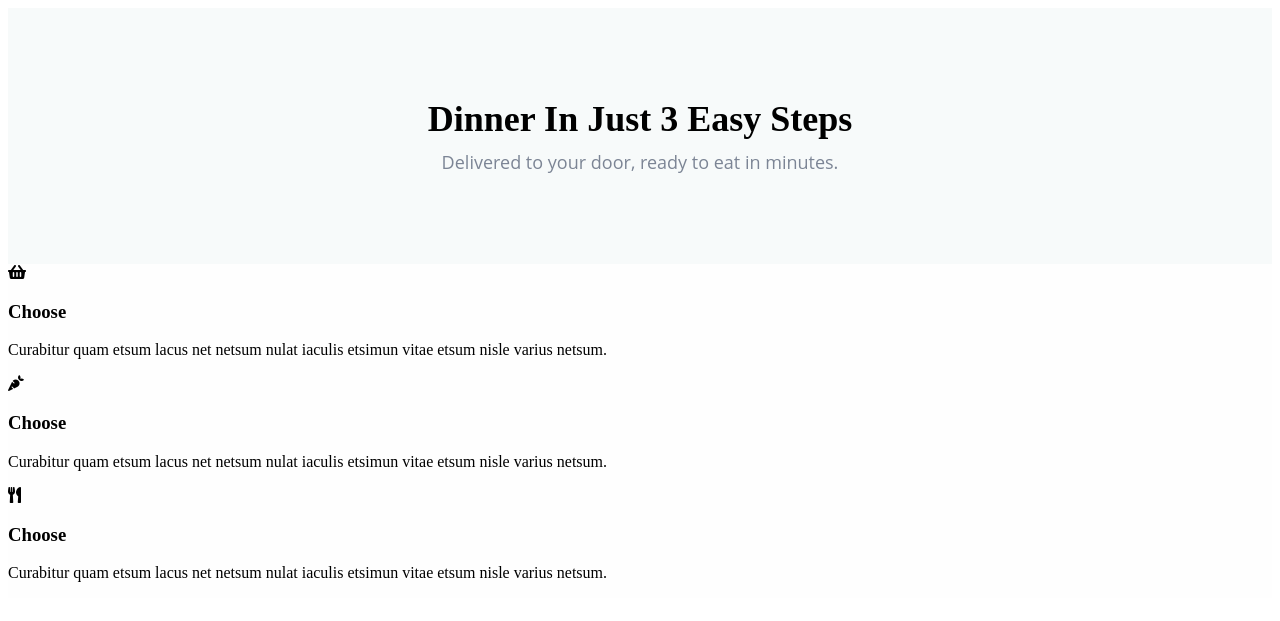
Repository: ST-United-Internship/leadpage
Page: wrapper-UI.html
These files come from the project's save history. The page is drawn as it stood at one moment and after the next save; the edit follows.
The browser window is 1280 px wide. The pictures show the whole page.

Above is the page before, as saved 2023-03-15 13:18:55.

### wrapper-UI.html
<!DOCTYPE html>
<html lang="en">
<head>
    <meta charset="UTF-8">
    <meta http-equiv="X-UA-Compatible" content="IE=edge">
    <meta name="viewport" content="width=device-width, initial-scale=1.0">
    <title>Document</title>
    <link rel="stylesheet" href="css/wrapper-UI.css">
    <link rel="stylesheet" href="css/common.css">
    <link rel="stylesheet" href="https://use.fontawesome.com/releases/v5.15.4/css/all.css" integrity="sha384-DyZ88mC6Up2uqS4h/KRgHuoeGwBcD4Ng9SiP4dIRy0EXTlnuz47vAwmeGwVChigm" crossorigin="anonymous"/>
</head>
<body>
    <section>
        <div class="about">
            <div class="title-text">
                <h2>Dinner In Just 3 Easy Steps</h2>
                <p>Delivered to your door, ready to eat in minutes.</p>
            </div>
            <div class="card-coutainer">
                <div class="card-title">
                    <div class="card-wrapper">
                        <i class="fas fa-shopping-basket"></i>
                        <h3>Choose</h3>
                        <p>Curabitur quam etsum lacus net netsum nulat iaculis etsimun vitae etsum nisle varius netsum.</p>
                    </div>
                    <div class="card-wrapper">
                        <i class="fas fa-carrot"></i>
                        <h3>Choose</h3>
                        <p>Curabitur quam etsum lacus net netsum nulat iaculis etsimun vitae etsum nisle varius netsum.</p>
                    </div>
                    <div class="card-wrapper">
                        <i class="fas fa-utensils"></i>
                        <h3>Choose</h3>
                        <p>Curabitur quam etsum lacus net netsum nulat iaculis etsimun vitae etsum nisle varius netsum.</p>
                    </div>
                </div>
                <div></div>
                <div></div>
            </div>
        </div>
    </section>
</body>
</html>

### css/wrapper-UI.css
.about{
    background-color: #f7fafa;
}

.about .title-text{
    text-align: center;
    padding: 90px;
}

.about .title-text h2{
    font-size: 36px;
    margin: 0px 0px 10px 0px;
}

.about .title-text p{
    font-size: 18px;
    font-family: 'Open Sans', sans-serif;
    margin: 0;
    font-weight: 400;
    color: #7c8595;
}

.about .card-coutainer{
    display: flex;
    background-color: #fefefe;
}

.about .card-coutainer .card-wrapper p{
    /* width: 218px; */
}

.about .icons-warapper .main{
    text-align: center;
}

.main{
    transition: transform 0.5s linear;
}
.main:hover {
  border: 1px solid #27b36a;
  transform: scale(1.05, 1.05);
}

### css/common.css
.container {
  max-width: 80%;
  margin: auto;
  border: 1px solid blue;
}
.card {
  width: 400px;
}
.space-vertical {
  padding: 20px 0;
}

.space-horizontal {
  padding: 0 20px;
}

*,
**,
*::before,
*::after {
  box-sizing: border-box;
}

After the next save:
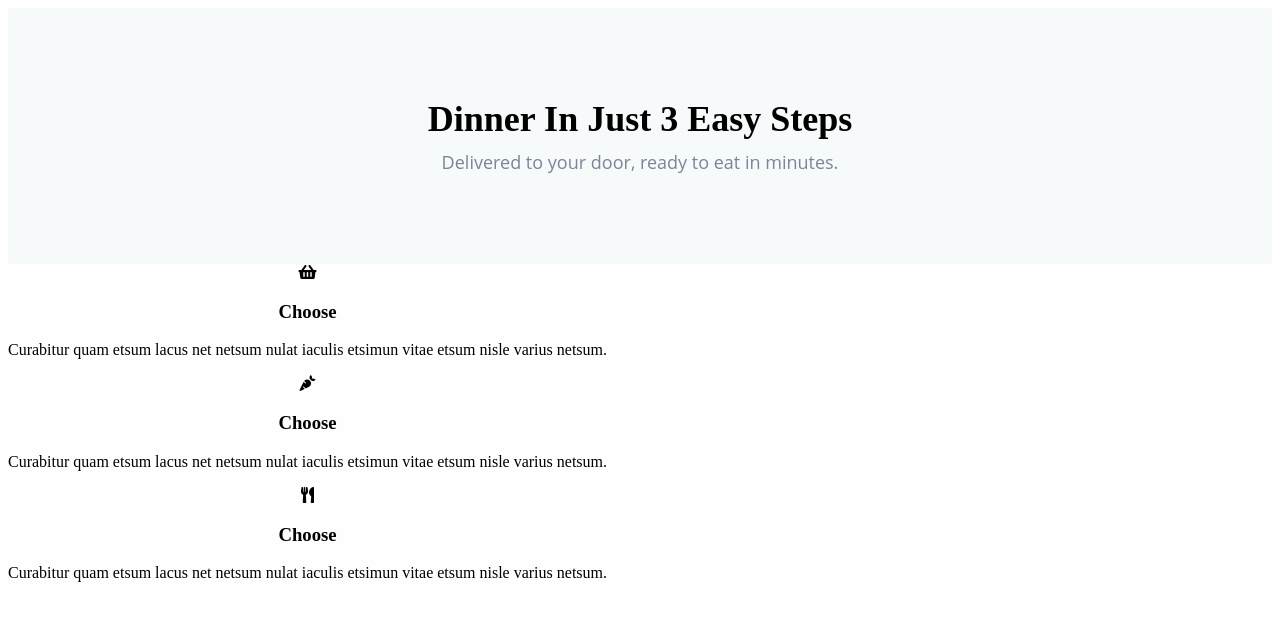
Saved 23 s later.
--- a/css/wrapper-UI.css
+++ b/css/wrapper-UI.css
@@ -29,7 +29,7 @@
     /* width: 218px; */
 }
 
-.about .icons-warapper .main{
+.about .card-coutainer .card-wrapper{
     text-align: center;
 }
 
